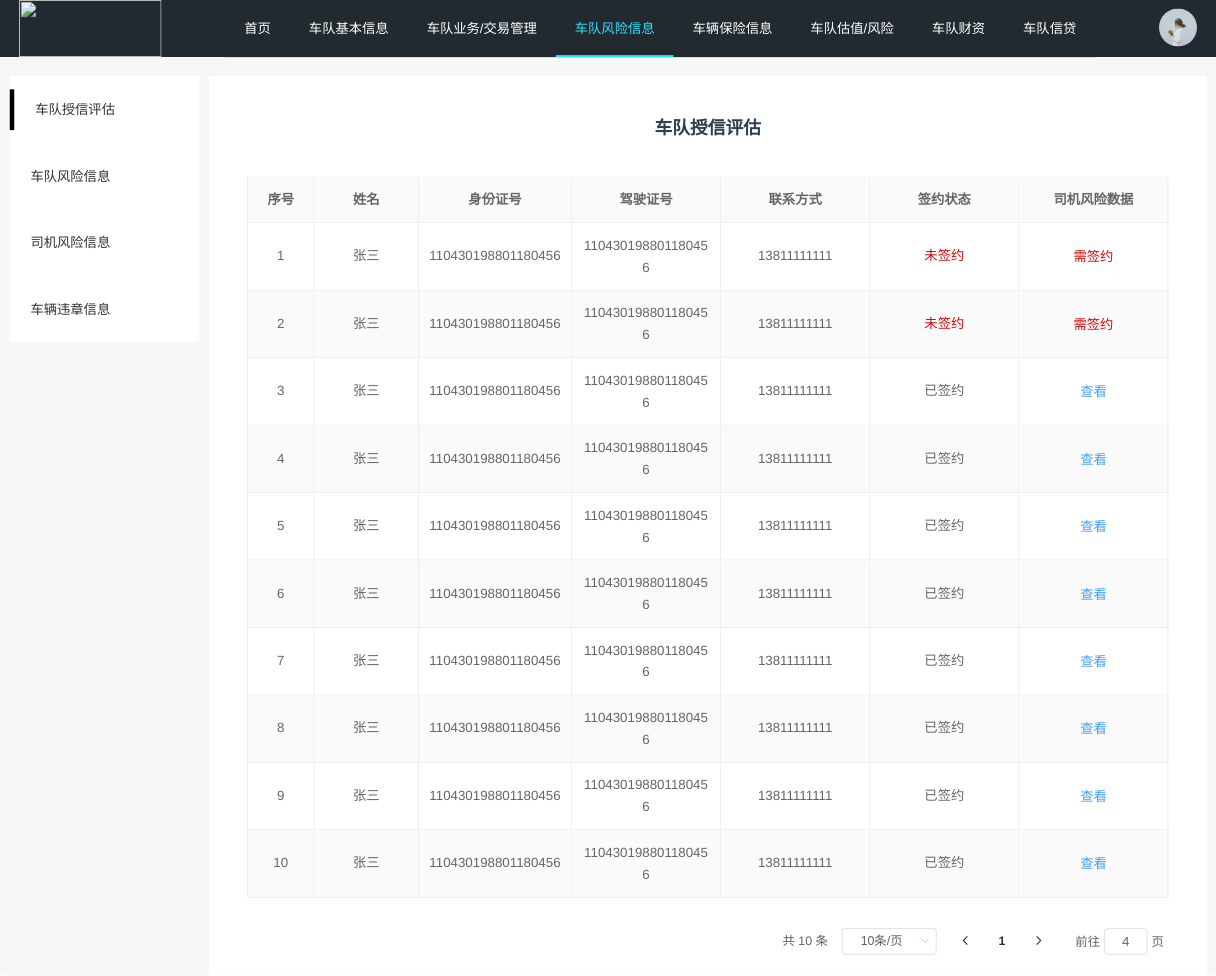
Repository: TheWomanLiketheWind/woodpecker
Page: /
An editor plug-in stored every save of this project. The page is shown before and after the next save, followed by the edit.
The browser window is 1280 px wide. The pictures show the whole page, at 95% of full size.
An inner scrolling area shows only its first screen. The project was rebuilt for these pictures with package versions that can differ from the ones it lists, and the page was loaded fresh each time. Also part of the build but not shown: src/views/menuThird.vue.

Above is the page before, as saved 2019-07-26 10:18:02.

### public/index.html
<!DOCTYPE html>
<html lang="en">
  <head>
    <meta charset="utf-8">
    <meta http-equiv="X-UA-Compatible" content="IE=edge">
    <meta name="viewport" content="width=device-width,initial-scale=1.0">
    <link rel="icon" href="<%= BASE_URL %>favicon.ico">
    <title>woodpecker</title>
  </head>
  <body>
    <noscript>
      <strong>We're sorry but woodpecker doesn't work properly without JavaScript enabled. Please enable it to continue.</strong>
    </noscript>
    <div id="app"></div>
    <!-- built files will be auto injected -->
  </body>
</html>

### src/App.vue
<template>
  <div id="app">
    <router-view />
  </div>
</template>

<style lang="scss">
#app {
  font-family: "Avenir", Helvetica, Arial, sans-serif;
  -webkit-font-smoothing: antialiased;
  -moz-osx-font-smoothing: grayscale;
  text-align: center;
  color: #2c3e50;
  background: #f7f7f7;
  .el-header {
    display: flex;
    justify-content: space-between;
    align-items: center;
  }

  .menuSecond {
    .el-table th,
    .el-table tr {
      color: #646565;
    }
    .el-table__header th {
      background: #f9faf9;
    }
    .el-menu {
      border-right: 0;
    }
    .el-main {
      padding: 20px 40px;
    }
    .el-menu-item:focus,
    .el-menu-item:hover {
      background-color: rgb(209, 209, 209);
    }

    .el-menu-item.is-active span {
      border-left: 5px solid #000;
    }
    .el-menu-item {
      display: flex;
      align-items: center;
      padding: 0 !important;
      height: 70px;
    }

    .el-menu-item span {
      height: 43px;
      line-height: 43px;
      text-align: left;
      width: 100%;
      display: block;
      padding-left: 22px;
    }
  }
}
#nav {
  padding: 30px;
  a {
    font-weight: bold;
    color: #2c3e50;
    &.router-link-exact-active {
      color: #42b983;
    }
  }
}
body {
  margin: 0;
}
</style>

### src/router.ts
import Vue from 'vue'
import Router from 'vue-router'
import Home from './views/Home.vue'
Vue.use(Router)

export default new Router({
  mode: 'history',
  base: process.env.BASE_URL,
  routes: [
    {
      path: '/',
      name: 'home',
      component: Home,
      children: [
        {
          path: '/',
          name: 'menuSecond',
          children: [
            {
              path: '/',
              name: 'menuThird',
              component: () =>
                import(/* webpackChunkName: "about" */ './views/menuThird.vue')
            }
          ],
          component: () =>
            import(/* webpackChunkName: "about" */ './views/menuSecond.vue')
        }
      ]
    }
  ]
})

### src/views/Home.vue
<template>
  <el-container>
    <el-header class="headerAll">
      <img src=""
           class="headImage">
      <el-menu :default-active="activeIndex"
               class="el-menu-demo"
               mode="horizontal"
               background-color="#222a30"
               text-color="#fff"
               active-text-color="#29e2fe"
               @select="handleSelect">
        <el-menu-item v-for="(item, index) in menuList"
                      :key="index"
                      :index="item.index"
                      v-on:listenToChildEvent="menuClick">{{item.name}}</el-menu-item>
      </el-menu>

      <el-dropdown>
        <img src="../assets/headImage.jpg"
             class="drophead" />
        <el-dropdown-menu slot="dropdown">
          <el-dropdown-item>个人信息</el-dropdown-item>
          <el-dropdown-item>退出</el-dropdown-item>
        </el-dropdown-menu>
      </el-dropdown>
    </el-header>
    <!-- <router-link to="/menuSecond">点击跳转</router-link> -->
    <router-view />
  </el-container>
</template>

<script lang="ts">
import { Component, Vue } from "vue-property-decorator";

@Component({
  components: {}
})
export default class Home extends Vue {
  data() {
    return {
      activeIndex: "4",
      menuList: [
        {
          name: "首页",
          index: "1",
          link: ""
        },
        {
          name: "车队基本信息",
          index: "2",
          link: ""
        },
        {
          name: "车队业务/交易管理",
          index: "3",
          link: ""
        },
        {
          name: "车队风险信息",
          index: "4",
          link: ""
        },
        {
          name: "车辆保险信息",
          index: "5",
          link: ""
        },
        {
          name: "车队估值/风险",
          index: "6",
          link: ""
        },
        {
          name: "车队财资",
          index: "7",
          link: ""
        },
        {
          name: "车队信贷",
          index: "8",
          link: ""
        }
      ]
    };
  }

  private handleSelect(key: any, keyPath: any) {
    console.log(key, keyPath);
  }

  menuClick(data: any) {
    this.$router.push(data);
  }
}
</script>

<style lang="scss">
.headerAll {
  background: #222a30;
  margin-bottom: 20px;
  .headImage {
    width: 150px;
    height: 100%;
    border: 0;
  }
  .drophead {
    width: 40px;
    height: 40px;
    border-radius: 50%;
  }
}
</style>

### src/views/menuSecond.vue
<template>
  <el-container class="menuSecond">

    <el-aside width="200px"
              class="asideClass">
      <el-menu :default-active="defaultActive"
               class="el-menu-vertical-demo"
               active-text-color="#303133"
               @select="handleSelect">
        <el-menu-item v-for="(item, index) in filesList.navigeList"
                      :key="index"
                      :index="item.index">
          <span slot="title">{{item.name}}</span>
        </el-menu-item>
      </el-menu>
    </el-aside>
    <el-main class="menuSecondRight">
      <h3 class="menuSecondH3">{{filesList.navigeList[this.selectIndex].name}}</h3>
      <el-table :data="tableData"
                border
                stripe
                style="width: 100%">
        <el-table-column type="index"
                         label="序号"
                         width="70"
                         align="center">
        </el-table-column>
        <el-table-column prop="name"
                         label="姓名"
                         width="110"
                         align="center" />
        <el-table-column prop="cardId"
                         label="身份证号"
                         align="center" />
        <el-table-column prop="driveId"
                         label="驾驶证号"
                         align="center" />
        <el-table-column prop="tel"
                         label="联系方式"
                         align="center" />
        <el-table-column prop="signType"
                         label="签约状态"
                         align="center">
          <template slot-scope="scope">
            <span :class="scope.row.signType === 0?'signTypeColor':''">{{scope.row.signType === 0?'未签约':'已签约'}}</span>
          </template>
        </el-table-column>
        <el-table-column label="司机风险数据"
                         align="center">
          <template slot-scope="scope">
            <el-button type="text"
                       v-if="scope.row.signType === 0"
                       class="signTypeColor">需签约</el-button>
            <el-button type="text"
                       v-else>查看</el-button>
          </template>
        </el-table-column>
      </el-table>
      <el-pagination @size-change="handleSizeChange"
                     @current-change="handleCurrentChange"
                     :current-page="currentPage4"
                     :page-sizes="[10, 20, 50, 100]"
                     :page-size="10"
                     layout="total, sizes, prev, pager, next, jumper"
                     :total="tableData.length">
      </el-pagination>
    </el-main>
    <!-- <img src="../assets/d1c2dc3ef8561f8ba11936fef14c613.png"> -->
  </el-container>

</template>

<script lang="ts">
import Vue from "vue";
import files from "../jsonFile";

export default Vue.extend({
  data() {
    return {
      filesList: files,
      selectIndex: 0,
      defaultActive: "1",
      currentPage4: 4,
      tableData: [
        {
          name: "张三",
          cardId: "110430198801180456",
          driveId: "110430198801180456",
          tel: "13811111111",
          signType: 0
        }
      ]
    };
  },
  mounted() {
    this.defined();
  },
  methods: {
    defined() {
      for (let i = 0; i < 9; i++) {
        let object = {
          name: "张三",
          cardId: "110430198801180456",
          driveId: "110430198801180456",
          tel: "13811111111",
          signType: i === 0 ? 0 : 1
        };
        this.tableData.push(object);
      }
    },
    handleSelect(key: String) {
      this.selectIndex = Number(key) - 1;
    },
    handleSizeChange(val: Number) {
      console.log(`每页 ${val} 条`);
    },
    handleCurrentChange(val: Number) {
      console.log(`当前页: ${val}`);
    }
  }
});
</script>


<style lang="scss">
.menuSecond {
  background: #f7f7f7;
  margin: 0 10px;
  .menuSecondRight {
    background: #fff;
    margin-left: 10px;
    .menuSecondH3 {
      margin-bottom: 40px;
    }
  }
  .el-pagination {
    margin-top: 30px;
    float: right;
  }
  .signTypeColor {
    color: #d40707;
  }
}
.el-menu {
  background: #fff;
}
</style>

### src/jsonFile.ts
const fileObject = {
  navigeList: [
    {
      name: '车队授信评估',
      index: '1'
    },
    {
      name: '车队风险信息',
      index: '2'
    },
    {
      name: '司机风险信息',
      index: '3'
    },
    {
      name: '车辆违章信息',
      index: '4'
    }
  ]
}

export default fileObject

Loaded but not shown: src/main.ts (common file); src/store.ts (common file)

After the next save:
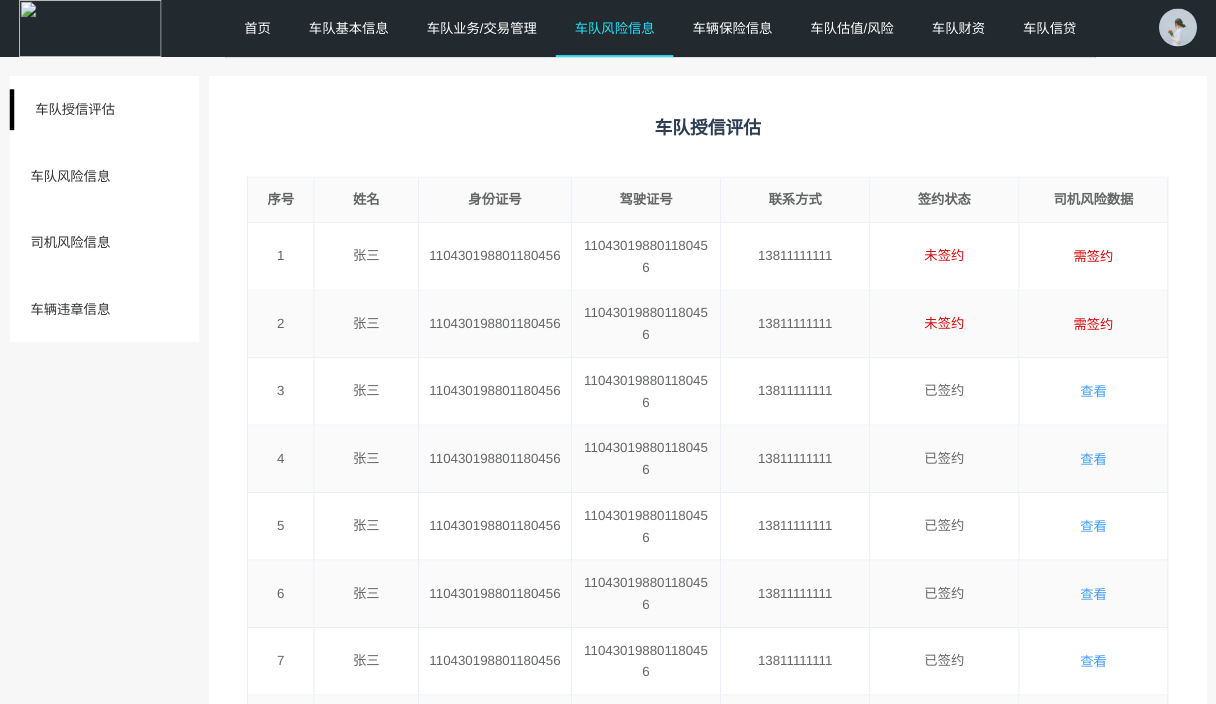
Saved 3 min 9 s later.
--- a/src/App.vue
+++ b/src/App.vue
@@ -19,6 +19,8 @@
   }
 
   .menuSecond {
+    height: calc(100vh - 59px);
+
     .el-table th,
     .el-table tr {
       color: #646565;
